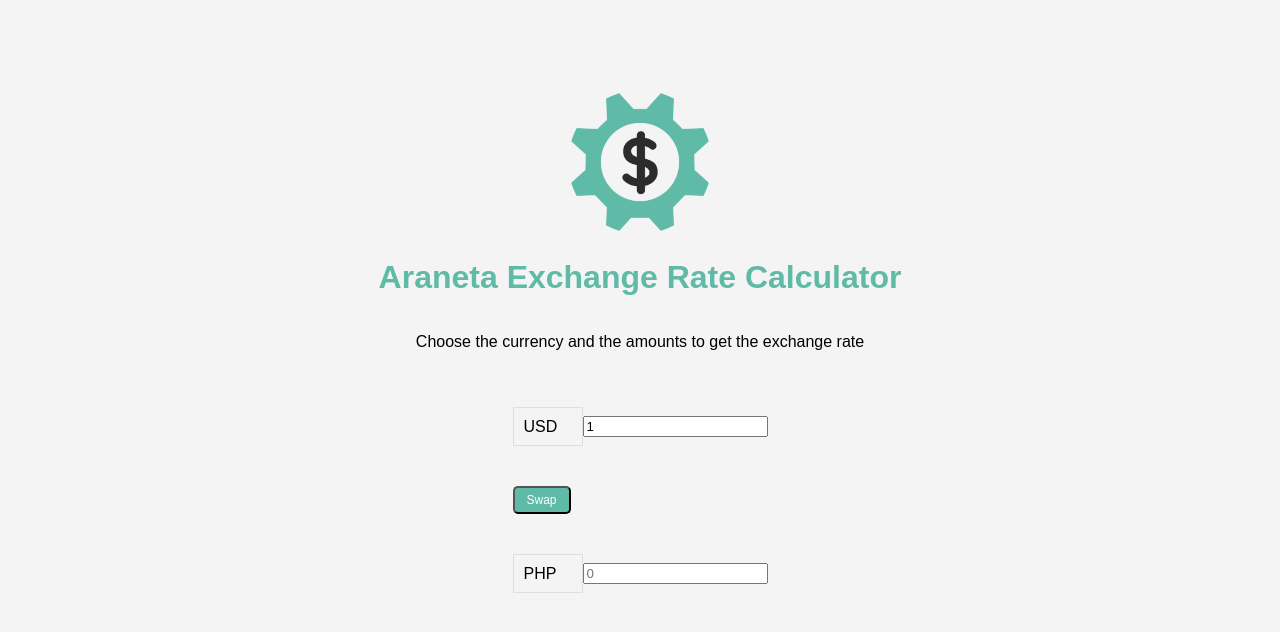
Repository: kenneth1175/ExchangeRateCalculator
Page: index.html
An editor plug-in stored every save of this project. The page is shown before and after the next save, followed by the edit.
The browser window is 1280 px wide. The pictures show the whole page.

Above is the page before, as saved 2025-10-03 23:02:47.

After the next save:
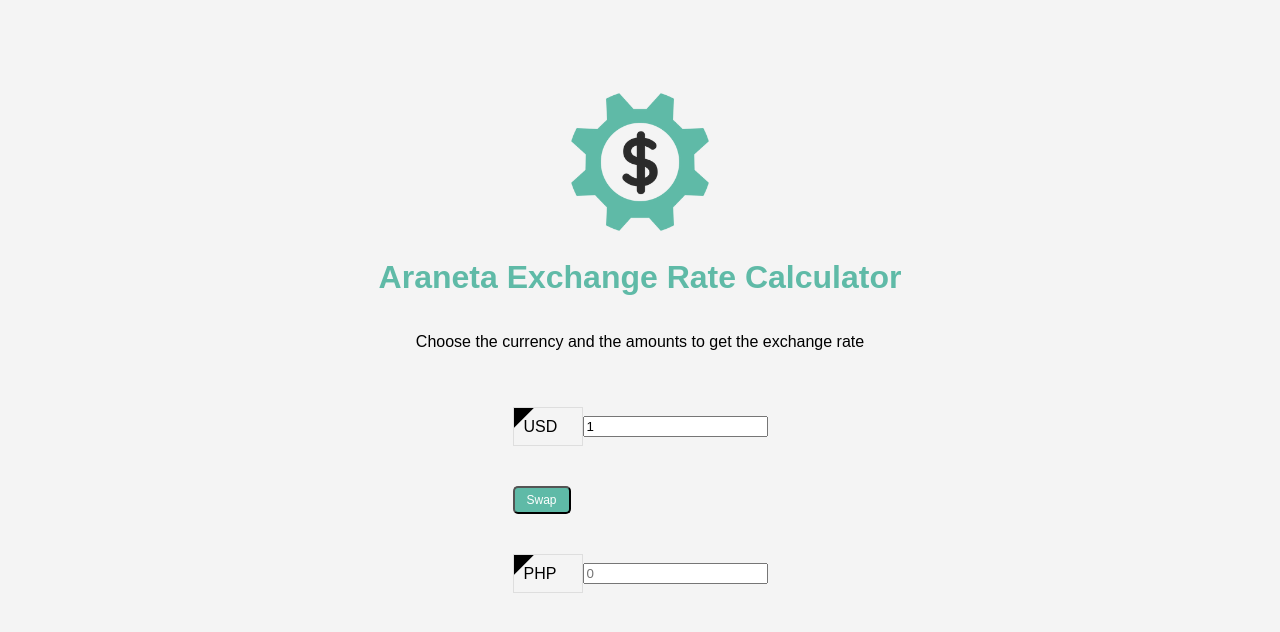
Saved 56 s later.
--- a/style.css
+++ b/style.css
@@ -55,4 +55,5 @@ p {
   font-size: 16px;
   background: transparent;
   background-image: url("data:[embedded picture, 475 characters]");
+  background-position: right 10px top 50%, 0, 0;
 }
